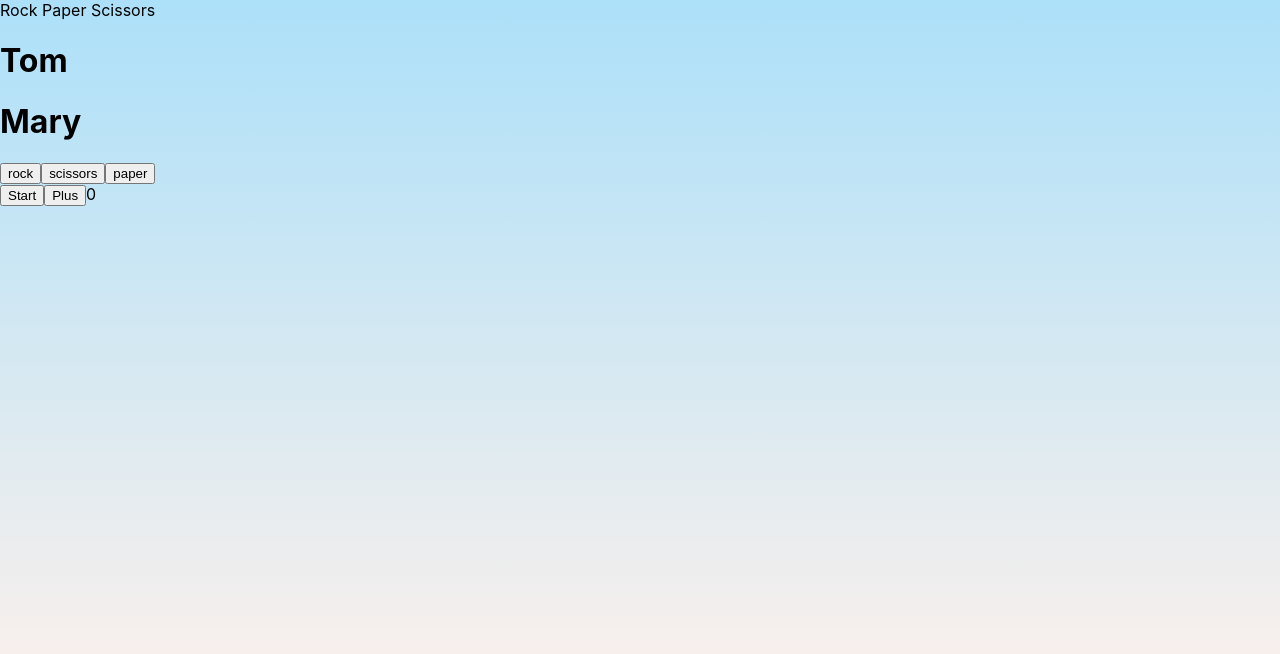
Repository: K009/Rock-Paper-Scissors
Page: /
These files come from the project's save history. The page is drawn as it stood at one moment and after the next save; the edit follows.
The browser window is 1280 px wide. The pictures show the whole page.
The project was rebuilt for these pictures with package versions that can differ from the ones it lists, and the page was loaded fresh each time.

Above is the page before, as saved 2020-05-12 09:13:04.

### src/App.js
import React, { Component } from "react";
import "./App.css";
import Player from "./components/Player";

const weapon = ["rock", "paper", "scissors"];

class App extends Component {
  constructor() {
    super();
    this.state = {
      playerOne: weapon[0],
      playerTwo: weapon[0],
      winner: "",
    };
    this.state = { counter: 0 };
  }

  startGame = () => {
    let counter = 0;
    let gameInterval = setInterval(() => {
      //to make a delay
      counter++;
      console.log(counter);
      this.setState({
        playerTwo: weapon[Math.floor(Math.random() * weapon.length)],
        winner: "",
      });
      if (counter > 5) {
        clearInterval(gameInterval);
        this.setState({
          winner: this.selectWinner(),
        });
      }
    }, 100);
  };

  selectWinner = () => {
    const { playerOne, playerTwo } = this.state;
    console.log("Player One: " + playerOne + "Player Two: " + playerTwo);
    if (playerOne === playerTwo) {
      console.log("It's a tie");
      return "It's a tie";
    } else if (
      (playerOne === "rock" && playerTwo === "scissors") ||
      (playerOne === "paper" && playerTwo === "rock") ||
      (playerOne === "scissors" && playerTwo === "paper")
    ) {
      return "Player one wins!";
    } else {
      return "Player two wins!";
    }
  };

  selectWeapon = (weapon) => {
    //in argument it gets a value that is going to be set for playerOne
    this.setState({
      playerOne: weapon, //here it gets changed
      winner: "", //winner without any changes - still ""
    });
  };

  increment() {
    this.setState({
      counter: this.state.counter + 1,
    });
  }

  render() {
    const { playerOne, playerTwo, winner } = this.state;
    return (
      <div className="App">
        <div className="Title">Rock Paper Scissors</div>
        <div className="Players">
          <Player playerName="Tom" weapon={playerOne} />
          <Player playerName="Mary" weapon={playerTwo} />
        </div>
        <div>
          <button className="weapon" onClick={() => this.selectWeapon("rock")}>
            rock
          </button>
          <button
            className="weapon"
            onClick={() => this.selectWeapon("scissors")}
          >
            scissors
          </button>
          <button className="weapon" onClick={() => this.selectWeapon("paper")}>
            paper
          </button>
        </div>
        <div className="winner">{winner ? this.selectWinner() : null}</div>
        <button className="start" onClick={this.startGame}>
          Start
        </button>
        <button onClick={this.increment.bind(this)}>Plus</button>
        <output>{this.state.counter}</output>
      </div>
    );
  }
}

export default App;

### src/App.css
.App {
  min-height: 100vh;
  background-image: linear-gradient(to top, #fff1eb 0%, #ace0f9 100%);
}

#Title {
  font-size: 50px;
}

### src/components/Player.js
import React from "react";
//import style from "./player.module.css";

const Player = ({ playerName }) => {
  return (
    <div>
      <h1>{playerName}</h1>
    </div>
  );
};

export default Player;

Loaded but not shown: public/index.html (common file); src/index.js (common file); src/index.css (common file); src/serviceWorker.js (common file)

After the next save:
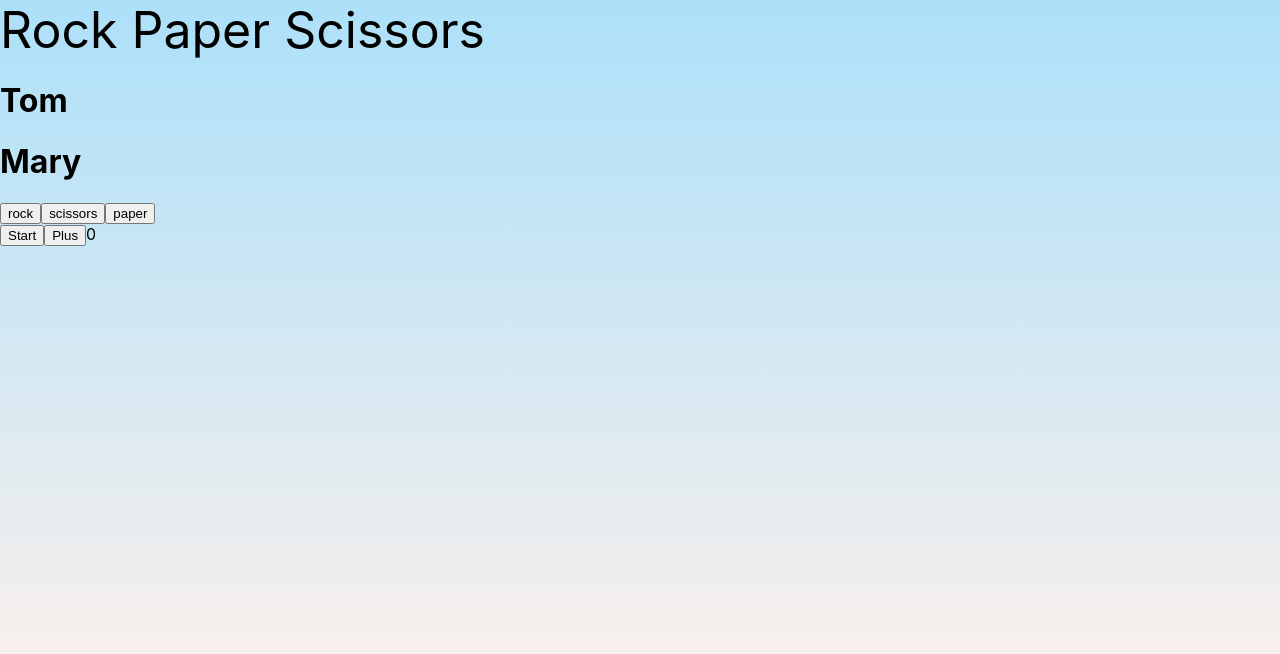
Saved 27 s later.
--- a/src/App.css
+++ b/src/App.css
@@ -3,6 +3,6 @@
   background-image: linear-gradient(to top, #fff1eb 0%, #ace0f9 100%);
 }
 
-#Title {
+.Title {
   font-size: 50px;
 }
